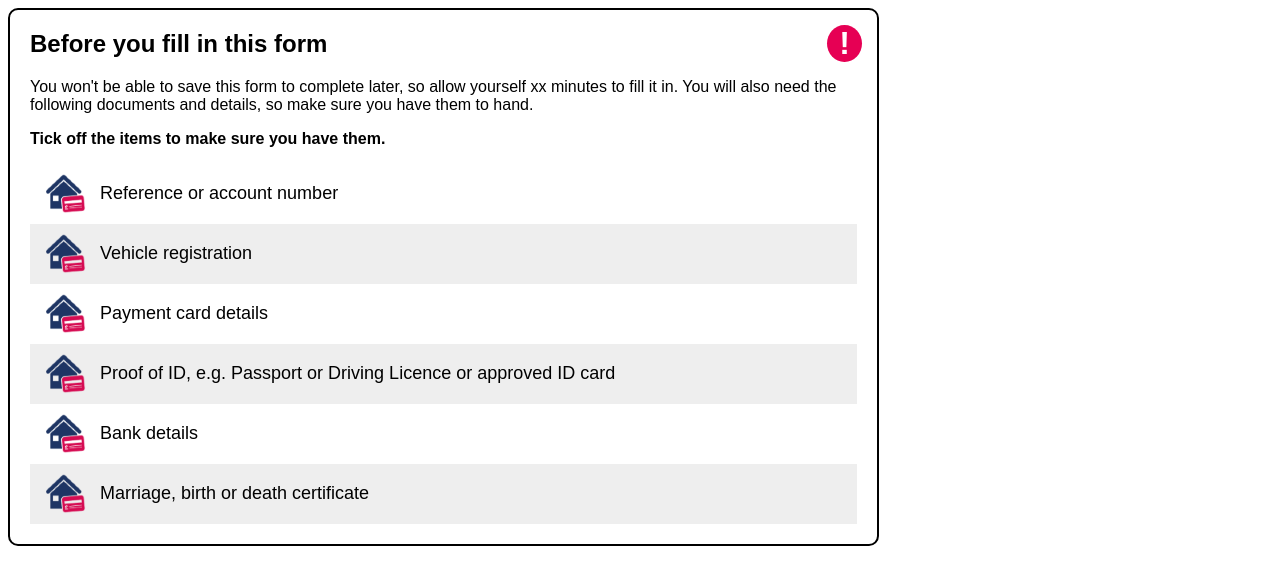
Repository: DigitalExperienceTeam/formchecklist
Page: index.html
The author's editor kept a record of every edit. The page is drawn from the files as they stood at one moment, then again after the next edit.
The browser window is 1280 px wide. The pictures show the whole page.

Above is the page before.

After the next edit:
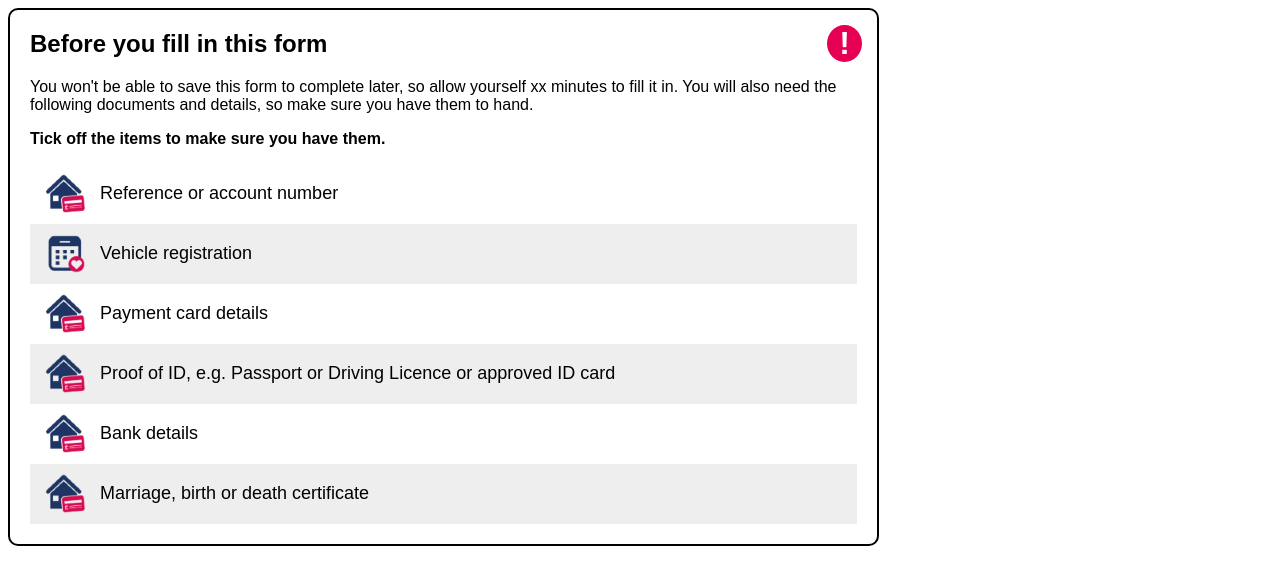
The edit:
--- a/style.css
+++ b/style.css
@@ -81,7 +81,7 @@
 }
 
 .registration::before {
- content: url("Taxsmall.png");
+ content: url("Events.png");
 }
 
 .payment::before {
